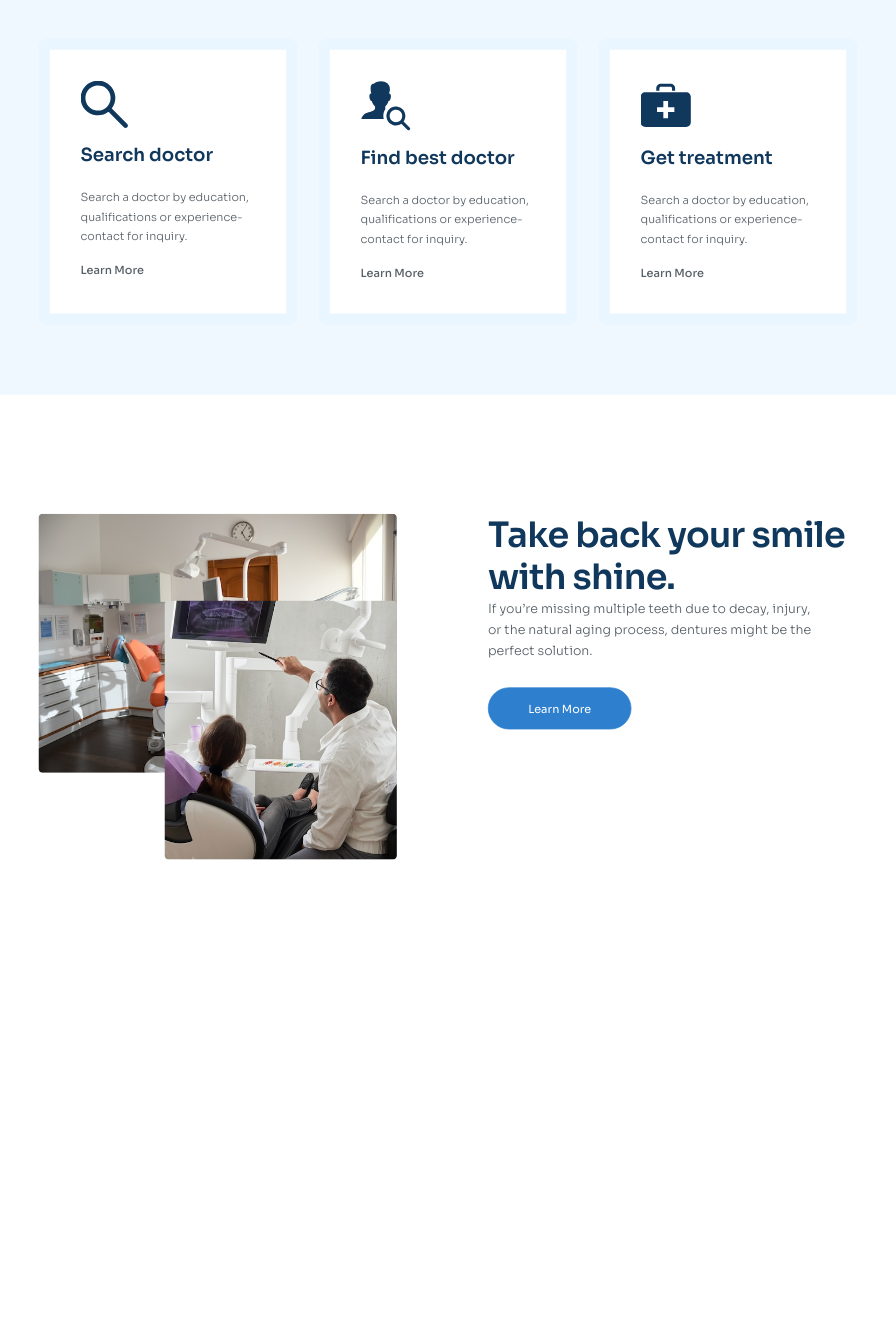
Repository: han2003dz/f8-project-03
Page: index.html
The author's editor kept a copy of each file at every save. The page is drawn from the files as they stood at one save, then again after the next save.
The browser window is 1280 px wide. The pictures show the part of the page from y = 2140 to 4060 px (the page is 6000 px tall), at 70% of full size.

Above is the page before, as saved 2023-05-06 22:38:05.

After the next save:
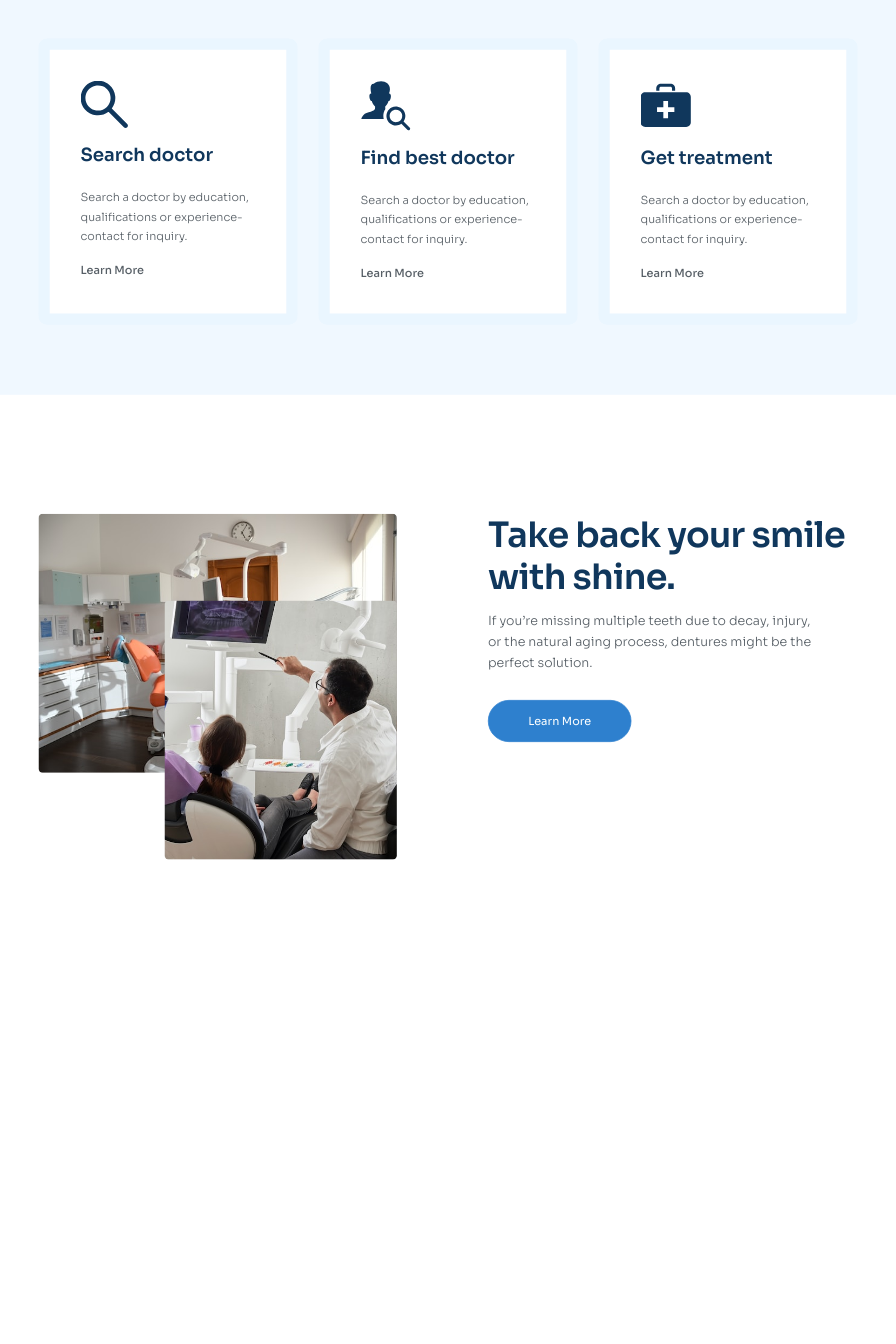
Saved 4 s later.
--- a/assets/css/style.css
+++ b/assets/css/style.css
@@ -385,7 +385,7 @@ a {
   margin: 0;
 }
 .feature__content .section-desc{
-
+  margin-top: 18px;
 }
 .feature__cta {
   margin-top: 38px;
